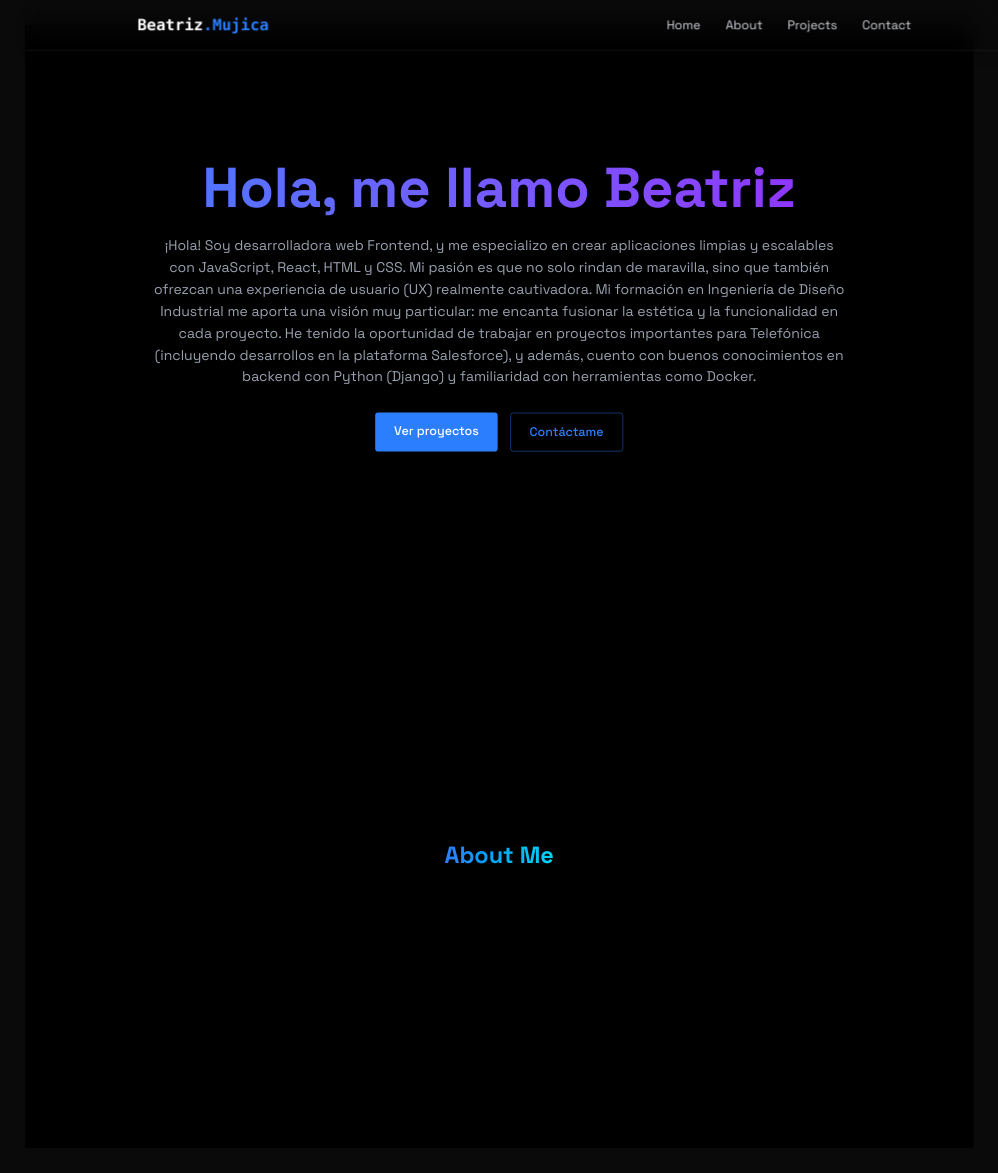
Repository: Bea0224/beatriz-portfolio
Page: /
The author's editor kept a copy of each file at every save. The page is drawn from the files as they stood at one save, then again after the next save.
The browser window is 1280 px wide. The pictures show the whole page, at 78% of full size.
The project was rebuilt for these pictures with package versions that can differ from the ones it lists, and the page was loaded fresh each time. Also part of the build but not shown: vite.config.js.

Above is the page before, as saved 2025-12-06 20:49:45.

After the next save:
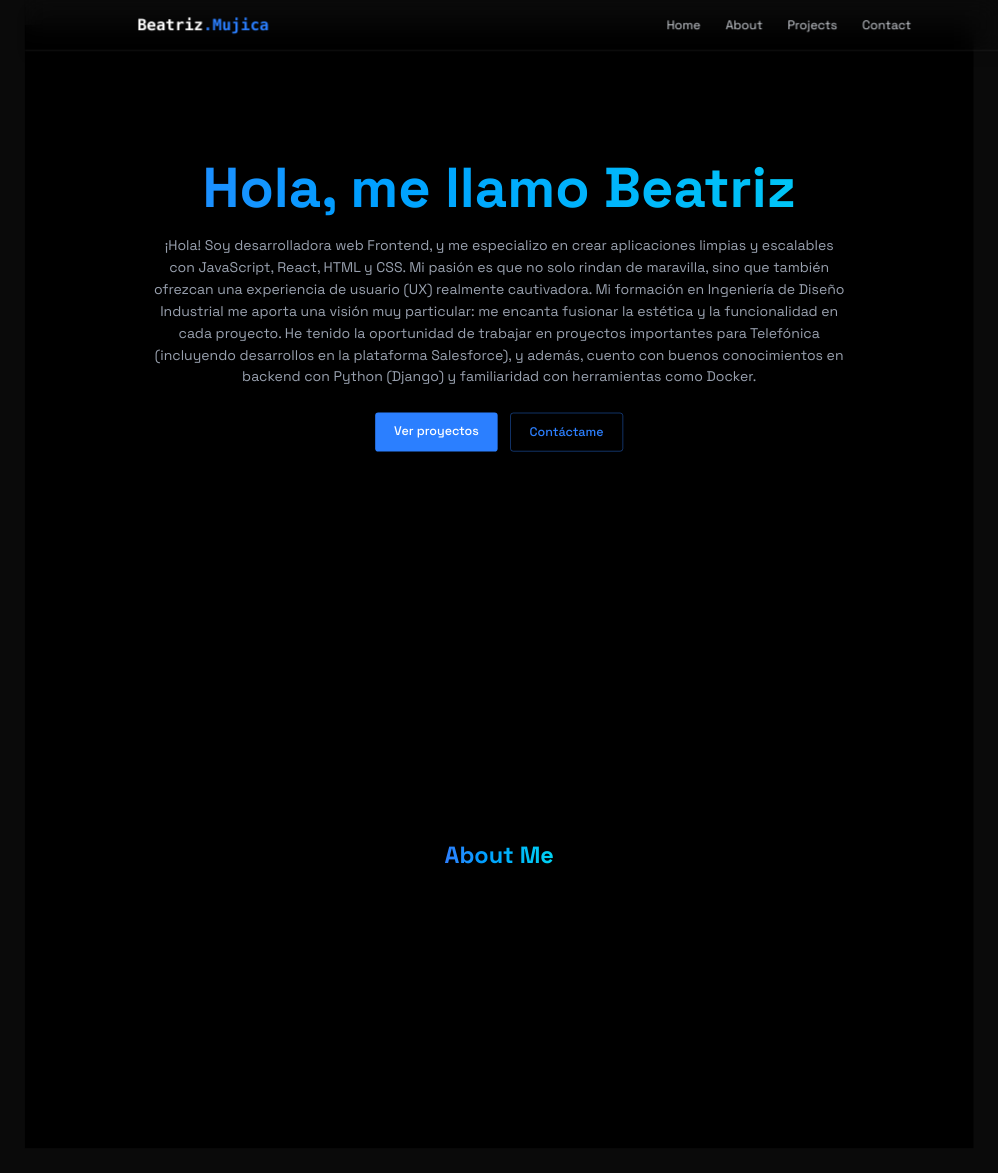
Saved 56 s later.
--- a/src/components/sections/Home.jsx
+++ b/src/components/sections/Home.jsx
@@ -6,7 +6,7 @@ export const Home = () => {
             id="home"
             className="min-h-screen flex items-center justify-center relative">
                 <div className="text-center z-10 px-4">
-                    <h1 className="text-5xl md:text-7xl font-bold mb-6 bg-gradient-to-r from-blue-500 to-purple-600 bg-clip-text text-transparent leading-right">
+                    <h1 className="text-5xl md:text-7xl font-bold mb-6 bg-gradient-to-r from-blue-500 to-cyan-400 bg-clip-text text-transparent leading-right">
                         Hola, me llamo Beatriz
                     </h1>
                     <p className="text-gray-400 text-lg mb-8 w-3/4 mx-auto">
